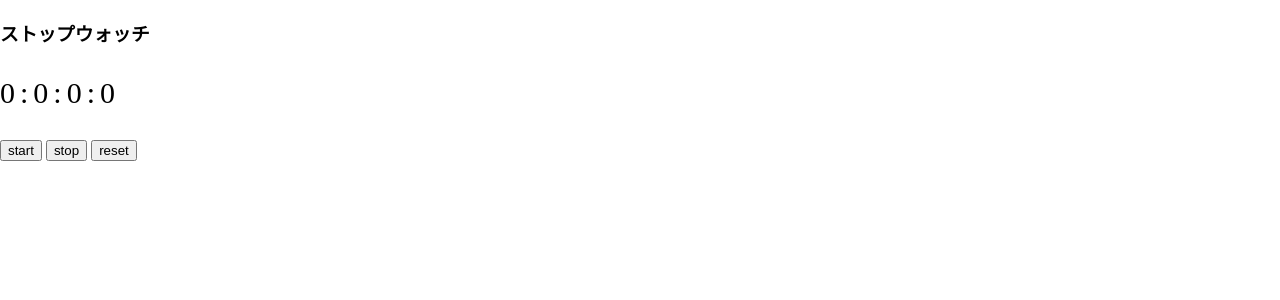
Repository: Kokoro-jp/stopWatchApp
Page: index.html
The author's editor kept a record of every edit. The page is drawn from the files as they stood at one moment, then again after the next edit.
The browser window is 1280 px wide. The pictures show the whole page.
Some web libraries are served in a nearby version.

Above is the page before.
Console error: SyntaxError: Unexpected token ')'

### index.html
  <!DOCTYPE html>
    <html lang="en">
      <head>
        <meta charset="utf-8">
        <script src="https://code.jquery.com/jquery-3.2.1.js" integrity="sha256-DZAnKJ/6XZ9si04Hgrsxu/8s717jcIzLy3oi35EouyE=" crossorigin="anonymous"></script>
        <link rel="stylesheet" href="main.css">
        <title>ストップウォッチ</title>
      </head>

      <body>
        <h3 class="title">ストップウォッチ</h3>
        <div id="timer">0:0:0:0</div>

        <div>
          <input id="start" type="button" value="start">
          <input id="stop" type="button" value="stop">
          <input id="reset" type="button" value="reset">
        </div>




        <script src="main.js"></script>
      </body>
    </html>

### main.css

body{
  margin: 0;
  padding: 0;
}

.container{
  margin:50px auto 0;
  text-align: center;
  width: 350px;
}

#timer{
  margin: 30px auto;
  font-size: 30px;
  letter-spacing: 5px;
}

.buttons{
  display: flex;
  padding: 0;
  justify-content: space-between;
}

### main.js
/*global ture*/

const timer = document.getElementById("timer");

const start = document.getElementById("start");
const stop = document.getElementById("stop");
const reset = document.getElementById("reset");

let startTime;  //Startボタンクリック時の時刻
let elapsedTime = 0;  //StartからStopまでの経過時間
let timeoutid; //ID


function countUp(){
  const d = new Date(Date.now() - startTime + elapsedTime);

  const ms = String(d.getMilliseconds()).slice(0,1);
  const s = String(d.getSeconds()).slice(0,2);
  const m = String(d.getMinutes()).slice(0,2);
  const h = String(d.getHours() - 9).slice(0,2);  //"-9"は日本用

  //ディスプレイ出力
  timer.textContent = h + ':' + m + ':' + s + ':' + ms;

  timeoutid = setTimeout( () => {

    countUp();
  }, 10);

}


// 活性非活性（初期状態・リセット状態）
function setButtonStateInitial() {
  start.classList.remove('inactive'); //活性
  stop.classList.add('inactive'); //非活性
  reset.classList.add('inactive'); //非活性
}
//活性非活性（タイマー動作中）
function setButtonStateRunning() {
  start.classList.add('inactive'); //非活性
  stop.classList.remove('inactive'); //活性
  reset.classList.add('inactive'); //活性にしたい
}
//活性非活性（タイマー一時停止中）
function setButtonStateStoped() {
  start.classList.remove('inactive'); //活性
  stop.classList.add('inactive'); //非活性
  reset.classList.remove('inactive'); //活性
}


// スタートボタン）
start.addEventListener("click", () => {
  if (start.classList.contains('inactive') === true) {
    return;
  }
  //タイマー動作させる →動作中の選択肢は常にストップorリセット
  setButtonStateRunning();
  startTime = Date.now();
  countUp();
});

// ストップボタン
stop.addEventListener("click", () => {
  if (stop.classList.contains('inactive') === true) {
    return;
  }
  // タイマー停止する →停止中の選択肢は常にスタートorリセット
  setButtonStateStoped();
  clearTimeout(timeoutid);
  elapsedTime += Date.now() - startTime;

});

// リセットボタン
reset.addEventListener("click", () => {
  if (start.classList.contains('inactive') === true) {


  }else if(){

  }else{

  }

  // 初期値にリセット
  setButtonStateInitial();
  timer.textContent = '0:0:0:0';
  elapsedTime = 0;

});

After the next edit:
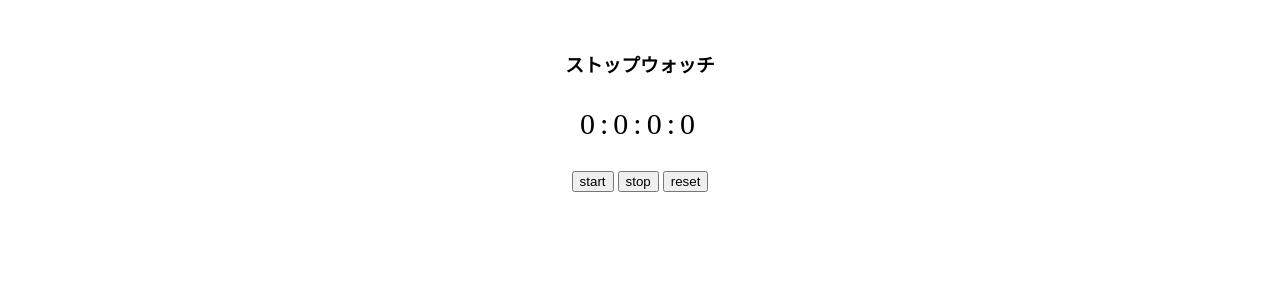
The edit:
--- a/main.css
+++ b/main.css
@@ -2,9 +2,6 @@
 body{
   margin: 0;
   padding: 0;
-}
-
-.container{
   margin:50px auto 0;
   text-align: center;
   width: 350px;
